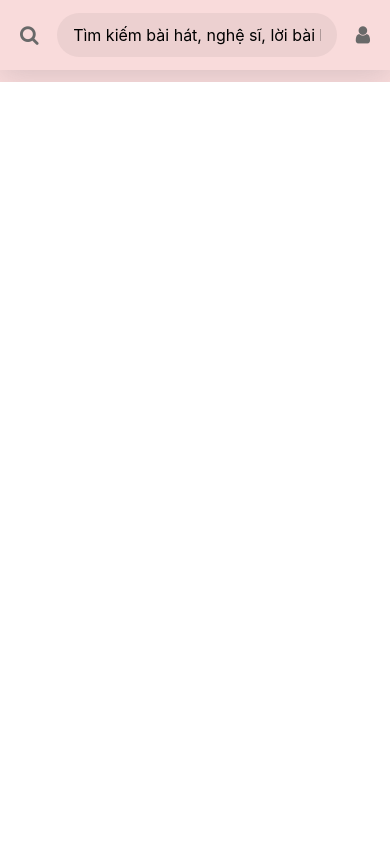
Repository: kauittt/Mobile
Screen: /
An editor plug-in stored every save of this project. The screen is shown before and after the next save, followed by the edit.
Pictures or frames that could not be fetched are drawn as grey boxes. The app was drawn by React Native's web renderer in a window 390 px wide. The project was rebuilt for these pictures with package versions that can differ from the ones it lists, and the page was loaded fresh each time.

Above is the screen before, as saved 2023-05-02 21:05:58.

### App.tsx
import {Text, View} from 'react-native';
import React from 'react';
import Icon from 'react-native-vector-icons/FontAwesome';
import Playlist from './components/Playlist/Playlist';

const App = () => {
  return (
    <View>
      <Playlist></Playlist>
    </View>
  );
};

export default App;

### components/Playlist/Playlist.jsx
import React from 'react';
import {View, Text, Image, ScrollView} from 'react-native';
import Icon from 'react-native-vector-icons/FontAwesome';

import styles from './style';
import Header from '../Header/Header';

const Playlist = () => {
  return (
    <ScrollView style={styles.listSong}>
      <Header></Header>
      <View style={styles.listSongInfor}>
        <View style={styles.listSongInforImg}>
          <Image
            source={{
              uri: 'https://photo-resize-zmp3.zmdcdn.me/w320_r1x1_jpeg/cover/0/9/5/4/09542fd83e019d4734587f836bc9bbc0.jpg',
            }}
            style={styles.listSongInforImgImg}
          />
        </View>
        {/* <Text style={styles.listSongInfor__heading}>Playlist Name</Text>
        <Text style={styles.listSongInfor__date}>Date Created: 06/01/2022</Text>
        <Text style={styles.listSongInfor__singers}>
          Singers: John Doe, Jane Doe
        </Text>
        <Text style={styles.listSongInfor__liked}>Likes: 136</Text> */}
      </View>
    </ScrollView>
  );
};

export default Playlist;

### components/Playlist/style.jsx
import {StyleSheet} from 'react-native';

const styles = StyleSheet.create({
  listSong: {
    position: 'relative',
    display: 'flex',
    flexDirection: 'column',
    width: '100%',
    minHeight: '100%',
    // marginLeft: 240,
    // marginTop: 70,
    // padding: 40,
    backgroundColor: '#f9dbdb',
    overflow: 'hidden',
  },
  listSongInfor: {
    // position: 'fixed',
    width: 300,
    textAlign: 'center',
    color: 'gray',
    fontSize: 20,
    lineHeight: 28,
  },
  listSongInforImg: {
    position: 'relative',
    width: '100%',
    marginBottom: 12,
    borderRadius: 5,
    overflow: 'hidden',
  },
  listSongInforImgImg: {
    width: '100%',
    borderRadius: 5,
  },
  listSongInfor__heading: {
    fontSize: 24,
    fontWeight: 'bold',
    lineHeight: 36,
    color: 'black',
  },
  listSongInfor__date: {
    fontSize: 18,
    fontWeight: '400',
    lineHeight: 28,
  },
  listSongInfor__singers: {
    fontSize: 18,
    fontWeight: '400',
    lineHeight: 28,
  },
  listSongInfor__liked: {
    fontSize: 18,
    fontWeight: '400',
    lineHeight: 28,
  },
  listSongInfor__btn: {
    display: 'flex',
    alignItems: 'center',
    justifyContent: 'center',
    width: 175,
    margin: 16,
    padding: 10,
    fontSize: 20,
    backgroundColor: 'purple',
    color: 'white',
    borderRadius: 50,
    cursor: 'pointer',
    transition: 'all 0.15s ease',
  },
  listSongInfor__btnText: {
    display: 'flex',
    alignItems: 'center',
    justifyContent: 'center',
    fontSize: 20,
    fontWeight: 'bold',
    color: 'white',
  },
  listSongContent: {
    marginLeft: 330,
    flexGrow: 1,
  },
  listSongContent__desc: {
    fontSize: 18,
    fontWeight: '400',
    lineHeight: 28,
    color: 'gray',
  },
  listSongContentList: {
    display: 'flex',
    flexDirection: 'column',
    marginTop: 14,
  },
  listSongContentListHeading: {
    position: 'relative',
    display: 'flex',
    alignItems: 'center',
    marginBottom: 14,
    padding: 10,
  },
  listSongContentListHeading__title: {
    width: '33%',
    padding: 10,
    fontSize: 18,
    fontWeight: 'bold',
    lineHeight: 28,
  },
  generalItem: {
    position: 'relative',
    display: 'flex',
    alignItems: 'center',
    padding: 10,
    borderRadius: 5,
  },
  generalItemInfor: {
    display: 'flex',
    alignItems: 'center',
    marginRight: 10,
    width: '33%',
  },
  generalItemInforImg: {
    position: 'relative',
    borderRadius: 5,
    overflow: 'hidden',
  },
  generalItemInforImgImg: {
    width: 40,
    height: 40,
    borderRadius: 5,
  },
  generalItemInforSong: {
    display: 'flex',
    flexDirection: 'column',
  },
  generalItemInforSong__name: {
    fontSize: 18,
    fontWeight: 'bold',
    lineHeight: 28,
    color: 'black',
  },
  generalItemInforSong__singer: {
    lineHeight: 28,
  },
  generalItem__album: {
    width: '33%',
    padding: 10,
    fontSize: 18,
    fontWeight: '400',
    lineHeight: 28,
  },
  generalItem__time: {
    flexGrow: 1,
    textAlign: 'center',
    fontSize: 18,
    fontWeight: '400',
    lineHeight: 28,
  },
});
export default styles;

### components/Header/Header.jsx
import React, {useState} from 'react';
import {
  View,
  Text,
  StyleSheet,
  TouchableOpacity,
  Alert,
  TextInput,
} from 'react-native';
import Icon from 'react-native-vector-icons/FontAwesome';

import styles from './style';

const Header = () => {
  const [isMenuVisible, setIsMenuVisible] = useState(false);
  const [isSearchVisible, setIsSearchVisible] = useState(false);
  const [searchText, setSearchText] = useState('');

  return (
    <View style={styles.header}>
      <Icon name="search" style={styles.icon} />

      <TextInput
        style={styles.input}
        placeholder="Tìm kiếm bài hát, nghệ sĩ, lời bài hát, ..."
        onChangeText={text => setSearchText(text)}
        value={searchText}
      />

      <TouchableOpacity onPress={() => setIsMenuVisible(!isMenuVisible)}>
        <Icon name="user" style={styles.icon} />
      </TouchableOpacity>

      {isMenuVisible && (
        <View style={styles.popup}>
          <TouchableOpacity style={styles.popupItem}>
            <Icon name="info" style={styles.popupIcon} />
            <Text style={styles.popupText}>Thông tin</Text>
          </TouchableOpacity>
          <TouchableOpacity style={styles.popupItem}>
            <Icon name="upload" style={styles.popupIcon} />
            <Text style={styles.popupText}>Nâng cấp VIP</Text>
          </TouchableOpacity>
          <TouchableOpacity style={[styles.popupItem, styles.logout]}>
            <Icon name="sign-out" style={styles.popupIcon} />
            <Text style={styles.popupText}>Đăng xuất</Text>
          </TouchableOpacity>
        </View>
      )}
    </View>
  );
};

export default Header;

### components/Header/style.jsx
import {StyleSheet} from 'react-native';

const styles = StyleSheet.create({
  header: {
    zIndex: 2,
    flexDirection: 'row',
    justifyContent: 'space-between',
    alignItems: 'center',
    width: '100%',
    height: 70,
    paddingHorizontal: 20,
    backgroundColor: '#f9dbdb',
    elevation: 5,
    shadowColor: '#64646f',
    shadowOffset: {
      width: 0,
      height: 7,
    },
    shadowOpacity: 0.2,
    shadowRadius: 29,
  },
  icon: {
    fontSize: 20,
    color: '#696969',
  },
  input: {
    // flex: 1,
    borderRadius: 999,
    fontFamily: 'Inter',
    fontSize: 16,
    height: 44,
    paddingHorizontal: 16,
    marginHorizontal: 8,
    backgroundColor: '#ecd0d0',
  },
  popup: {
    position: 'absolute',
    right: 0,
    top: 70,
    width: 240,
    padding: 10,
    borderRadius: 8,
    backgroundColor: '#fbe6e6',
    color: '#696969',
    shadowColor: '#000',
    shadowOffset: {
      width: 0,
      height: 10,
    },
    shadowOpacity: 0.16,
    shadowRadius: 36,
    elevation: 5,
  },
  popupItem: {
    flexDirection: 'row',
    alignItems: 'center',
    padding: 12,
    backgroundColor: 'transparent',
  },
  popupIcon: {
    fontSize: 20,
    minWidth: 20,
    marginHorizontal: 10,
    color: '#696969',
  },
  popupText: {
    fontSize: 14,
    color: '#32323d',
  },
  logout: {
    borderTopWidth: 1,
    borderTopColor: 'rgba(0, 0, 0, 0.1)',
  },
});
export default styles;

After the next save:
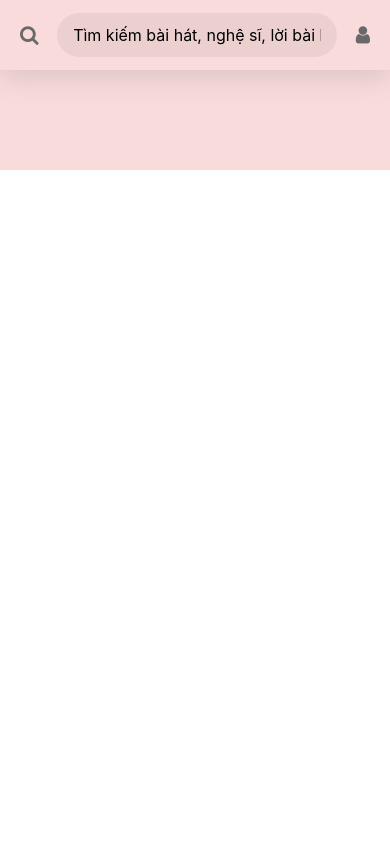
Saved 41 s later.
--- a/components/Playlist/style.jsx
+++ b/components/Playlist/style.jsx
@@ -16,6 +16,7 @@ const styles = StyleSheet.create({
   listSongInfor: {
     // position: 'fixed',
     width: 300,
+    height: 100,
     textAlign: 'center',
     color: 'gray',
     fontSize: 20,
